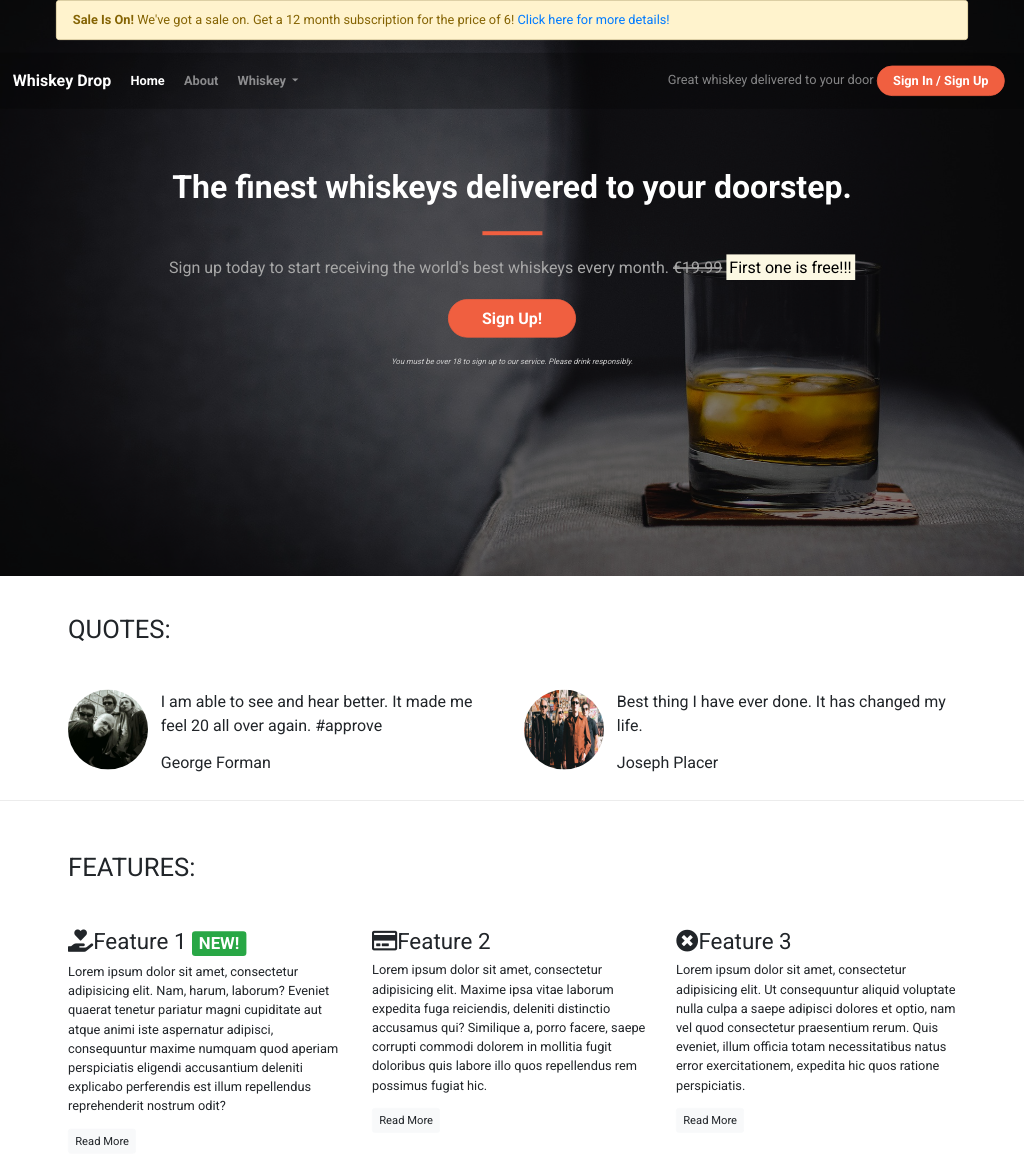
Repository: NamcorStudent/Dropdown-css
Page: bootstrap-whiskey/bootstrap.html
The author's editor kept a record of every edit. The page is drawn from the files as they stood at one moment, then again after the next edit.
The browser window is 1280 px wide. The page is 1280 px wide, then 1295 px, so the pictures cover 1295 px, including what lies to the right of the window. The pictures show the whole page, at 80% of full size.
Backgrounds fixed to the window are drawn as part of the page. Some web libraries are served in a nearby version.

Above is the page before.
Console error: TypeError: Cannot read properties of undefined (reading 'fn')

After the next edit:
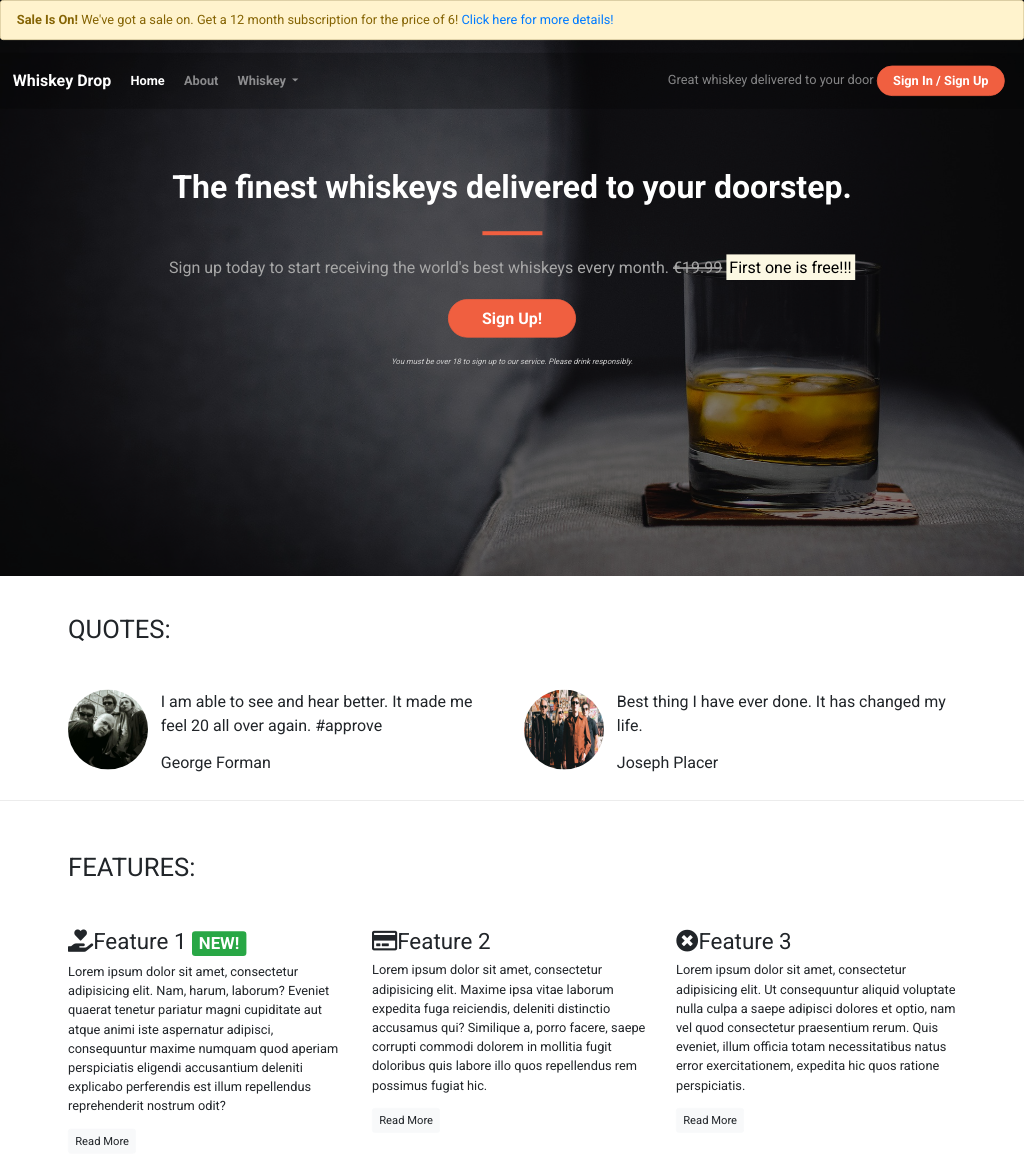
The edit:
--- a/bootstrap-whiskey/bootstrap.html
+++ b/bootstrap-whiskey/bootstrap.html
@@ -15,7 +15,7 @@
 
 <body>
     <div class="container-fluid navalert-container">
-        <div class="container alert-container">
+        <div class="container-fluid alert-container">
             <div class="row d-none d-sm-block">
                 <div class="col-12">
                     <div class="alert alert-warning site-wide-warning"><strong>Sale Is On!</strong> We've got a sale on. Get a 12 month subscription for the price of 6!
